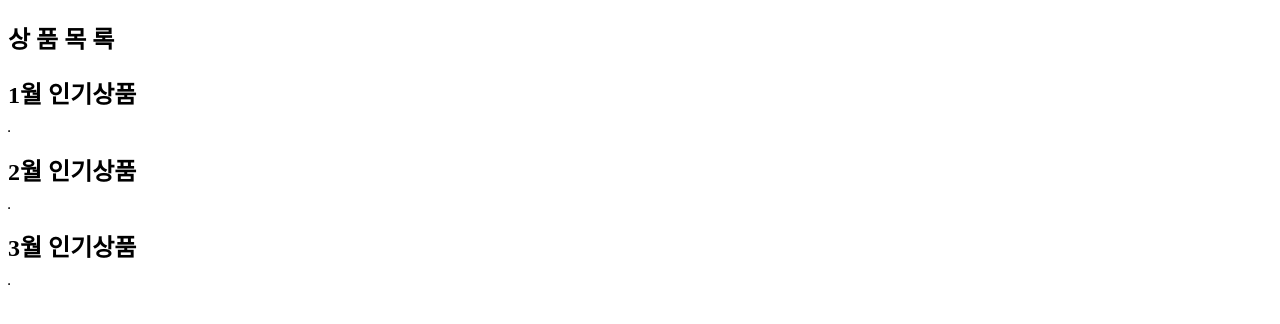
Repository: odasd/jsp
Page: http://localhost/semi/record/record3.jsp
These files come from the project's save history. The page is drawn as it stood at one moment and after the next save; the edit follows.
The browser window is 1280 px wide. The pictures show the whole page.
Some web libraries are served in a nearby version. The page is served by Tomcat 9. Queries for data that is not in the repository find no rows.

Above is the page before, as saved 2020-06-17 08:55:55.

After the next save:
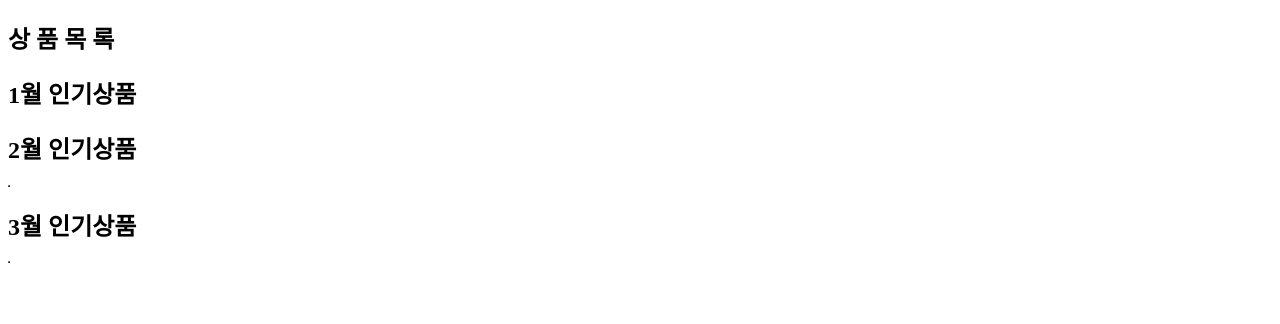
Saved 64 s later.
--- a/semi/WebContent/record/record3.jsp
+++ b/semi/WebContent/record/record3.jsp
@@ -9,7 +9,7 @@
 	<script src="http://code.jquery.com/jquery-3.1.1.min.js"></script>
 	<script src="https://cdnjs.cloudflare.com/ajax/libs/handlebars.js/3.0.1/handlebars.js"></script>
 	<style>
-	.box {width:1000px;}
+	#tbl1 {width:1000px;}
 	.image, .prod_id, .prod_name {width:200px;}
 	</style>
 </head>
@@ -21,14 +21,12 @@
       </div>
       <div id="haha">
        <h2>1월 인기상품</h2>
-       <table id="tbl1" border=1></table>
+       <div id="tbl1"></div>
          <script id="temp1" type="text/x-handlebars-template">
          {{#each array}}
-				<div class="box">
 					<div class="image"><img src="{{printImage image}}"></div>
 					<div class="prod_id">{{product_name}}</div>
 					<div class="prod_name">{{sold_quantity}}</div>
-				</div>
 			{{/each}}
       </script>
        <h2>2월 인기상품</h2>
